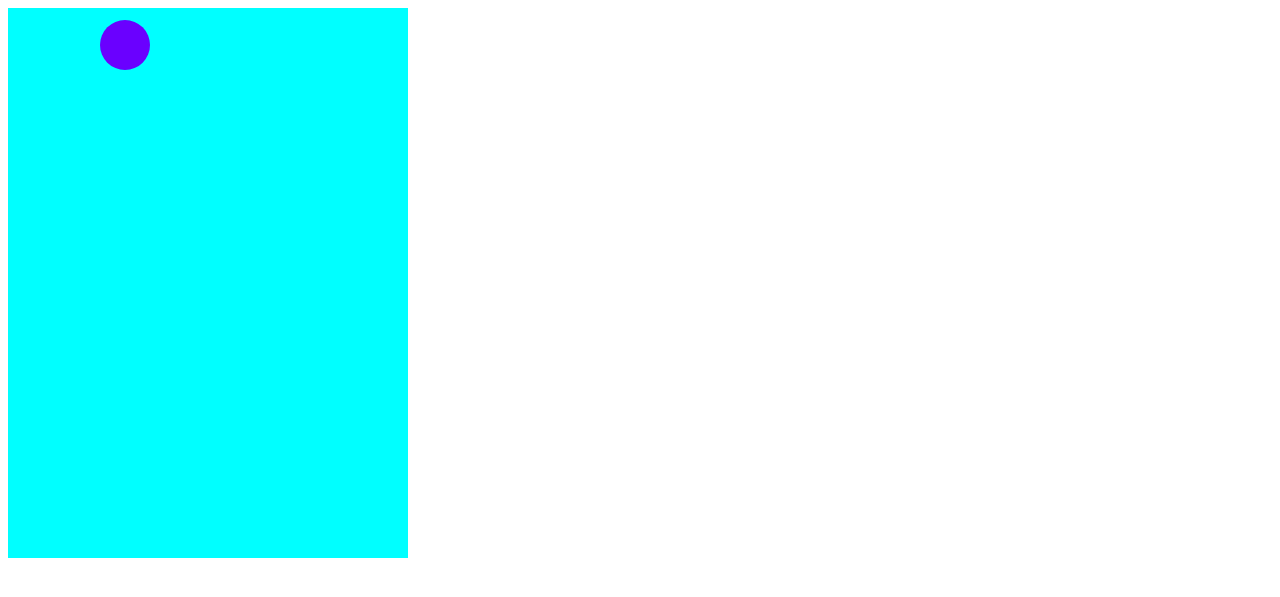
Repository: sara55m/Counter_App
Page: index.html
An editor plug-in stored every save of this project. The page is shown before and after the next save, followed by the edit.
The browser window is 1280 px wide. The pictures show the whole page.

Above is the page before, as saved 2024-07-30 01:33:58.

### index.html
<!DOCTYPE html>
<html lang="en">
<head>
    <meta charset="UTF-8">
    <meta name="viewport" content="width=device-width, initial-scale=1.0">
    <title>Document</title>
    <link rel="stylesheet" href="css/style.css">
</head>
<body>
    <div class="container">
        <div class="main"></div>
        <div class="increase"></div>
        <div class="reset"></div>
    </div>
    <script src="js/script.js"></script>
</body>
</html>

### css/style.css
.container{
    height:550px;
    width:400px;
    background-color: aqua;
}

.main{
    position:absolute;
    top:20px;
    left:100px;
    height:50px;
    width:50px;
    border-radius: 50%;
    background-color: rgb(106, 0, 255);
}

Loaded but not shown: js/script.js (no stored copy; drawn as an empty file)

After the next save:
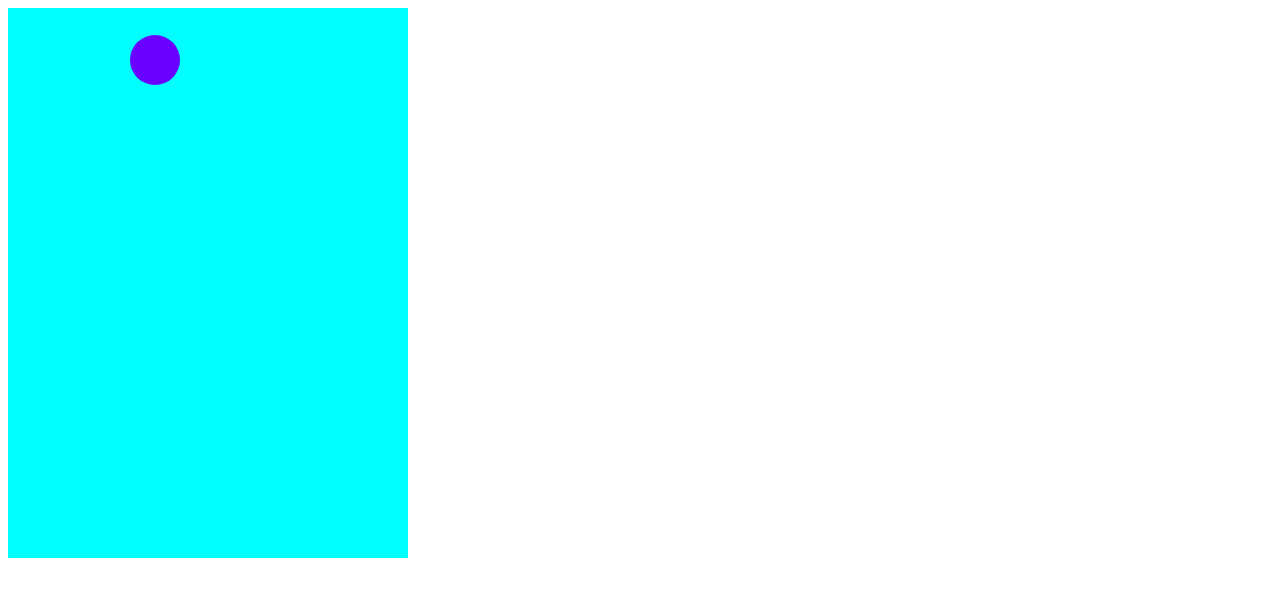
Saved 17 s later.
--- a/css/style.css
+++ b/css/style.css
@@ -6,8 +6,8 @@
 
 .main{
     position:absolute;
-    top:20px;
-    left:100px;
+    top:35px;
+    left:130px;
     height:50px;
     width:50px;
     border-radius: 50%;
